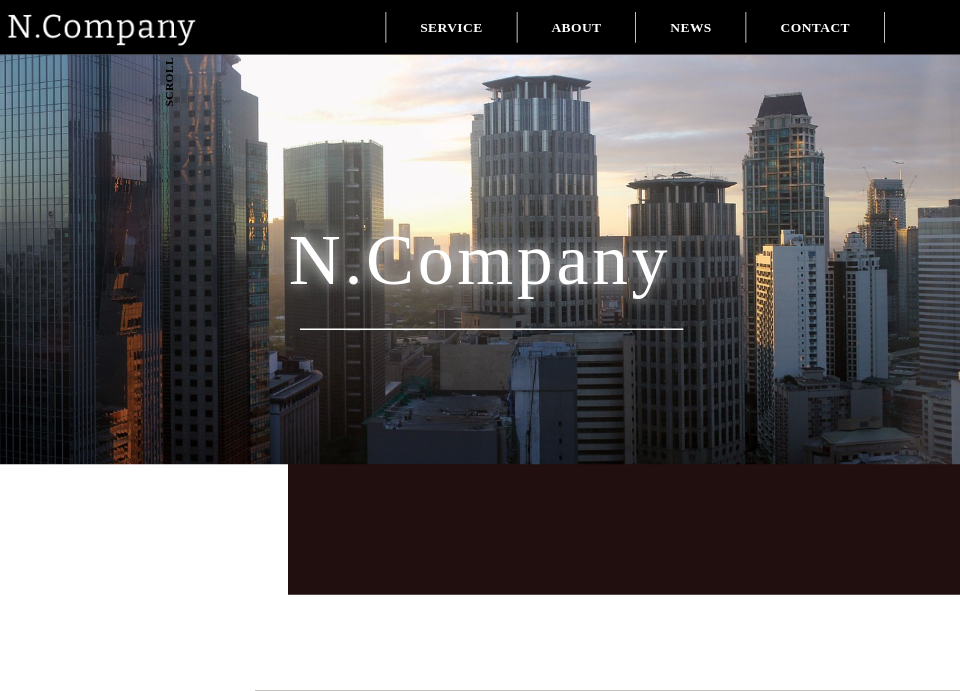
Repository: nozomi-23/hp2_test
Page: index.html
These files come from the project's save history. The page is drawn as it stood at one moment and after the next save; the edit follows.
The browser window is 1280 px wide. The pictures show the whole page, at 75% of full size.
Some web fonts or font styles are not loaded; a fallback is used.

Above is the page before, as saved 2022-06-24 20:18:32.

After the next save:
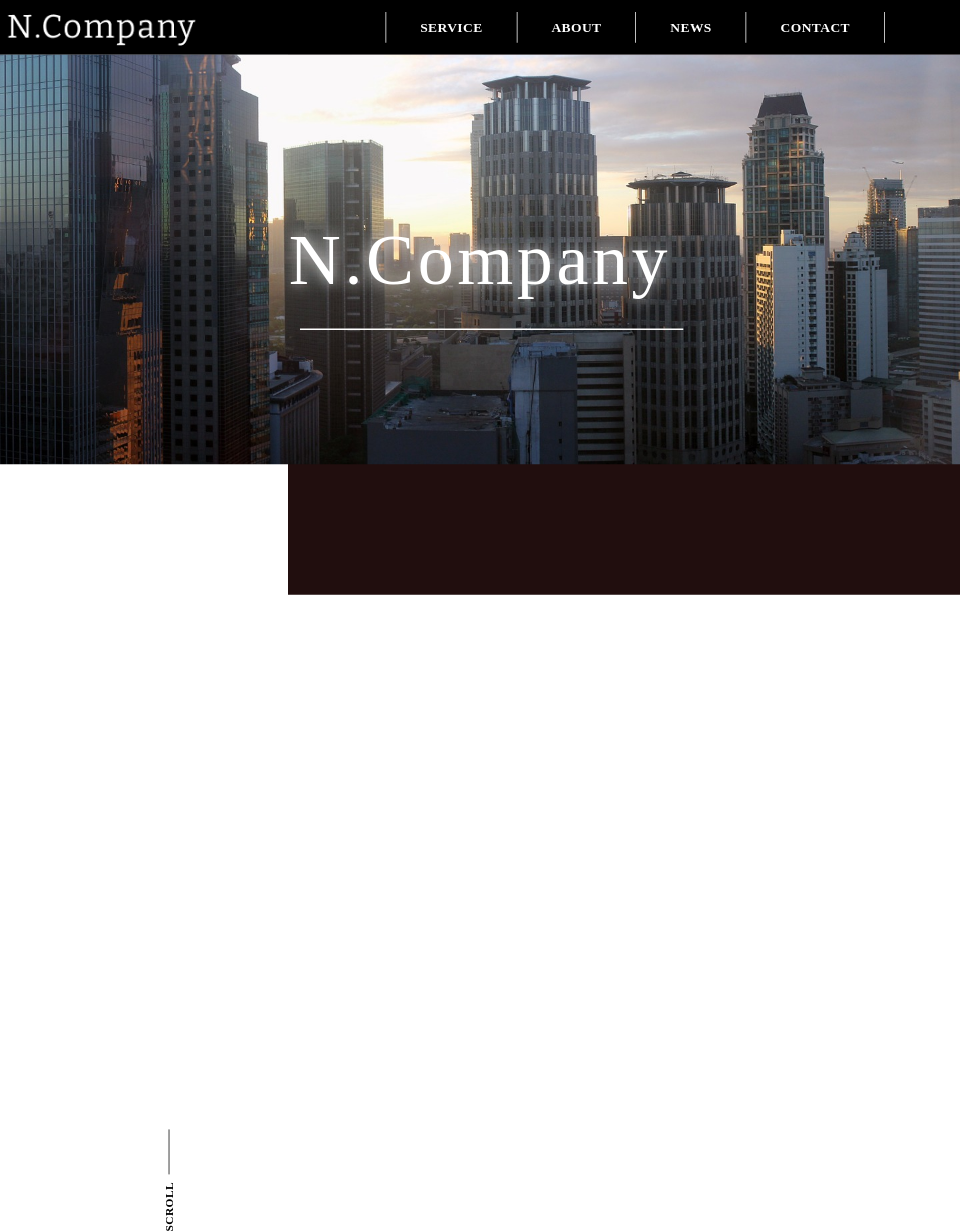
Saved 5 s later.
--- a/css/index.css
+++ b/css/index.css
@@ -56,7 +56,7 @@ fv
 
 .fv_txt_wrapper {
   position: absolute;
-  top: 100px;
+  top: 100rem;
   left: 15%;
   transform: rotate(270deg);
   z-index: 99;
